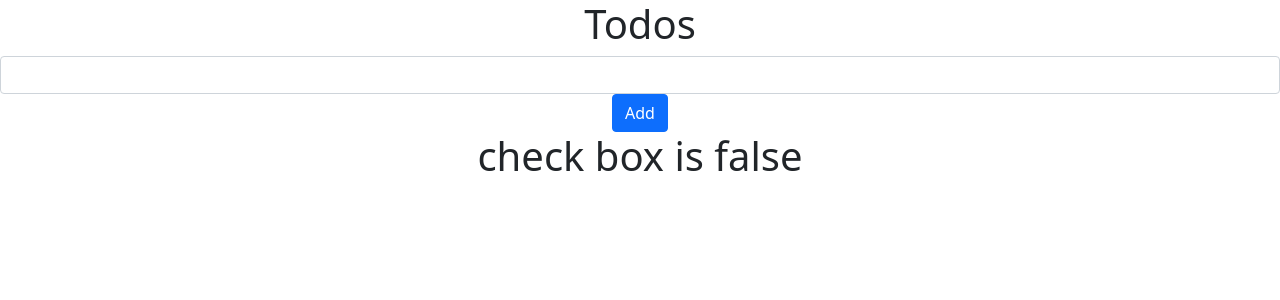
Repository: jmokate/fullstack-todo
Page: /
An editor plug-in stored every save of this project. The page is shown before and after a run of saves, followed by the edit.
The browser window is 1280 px wide. The pictures show the whole page.
The project was rebuilt for these pictures with package versions that can differ from the ones it lists, and the page was loaded fresh each time. Also part of the build but not shown: src/Todo.js.

Above is the page before, as saved 2021-09-26 18:58:54.

After the next 6 saves:
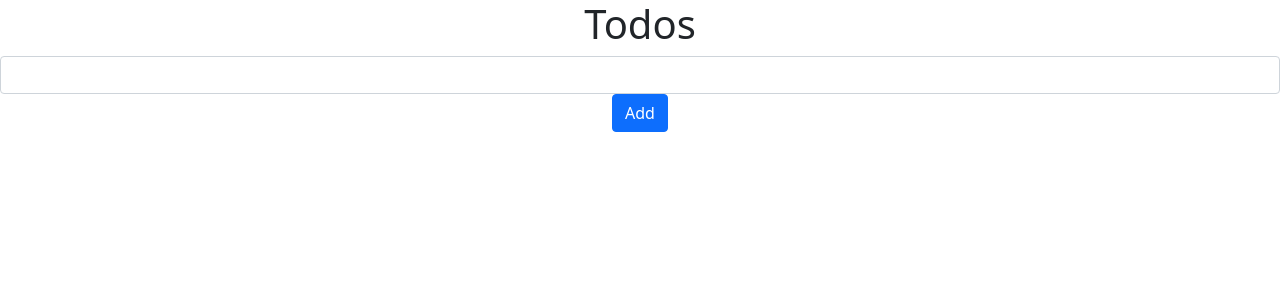
The 6 saves are shown as one change because 5 did not build or start.
The last was saved 31 min 25 s later.
--- a/src/App.js
+++ b/src/App.js
@@ -6,9 +6,9 @@ import Todo from "./Todo.js"
 import './App.css';
 
 function App() {
-  const [input, setInput] = useState({todo: ""})
+  const [input, setInput] = useState({todo: "", id: 0, isChecked: false})
   const [items, setItems] = useState([])
-  const [isChecked, setIsChecked] = useState(false)
+  //const [isChecked, setIsChecked] = useState(false)
   //const [id, setId] = useState(0)
 
   const handleChange = (event) => {
@@ -24,7 +24,7 @@ function App() {
   }
 
   const handleIsChecked = (event) => {
-    setIsChecked(event.target.checked)
+    //setIsChecked(event.target.isChecked)
   }
 
   const handleDelete = (event) => {
@@ -50,7 +50,7 @@ function App() {
       </Form.Group>
       </Form>
       {mapTodos}
-      <h1>check box is {isChecked ? "true" : "false"}</h1>
+      {/* <h1>check box is {isChecked ? "true" : "false"}</h1> */}
     </div>
   );
 }
